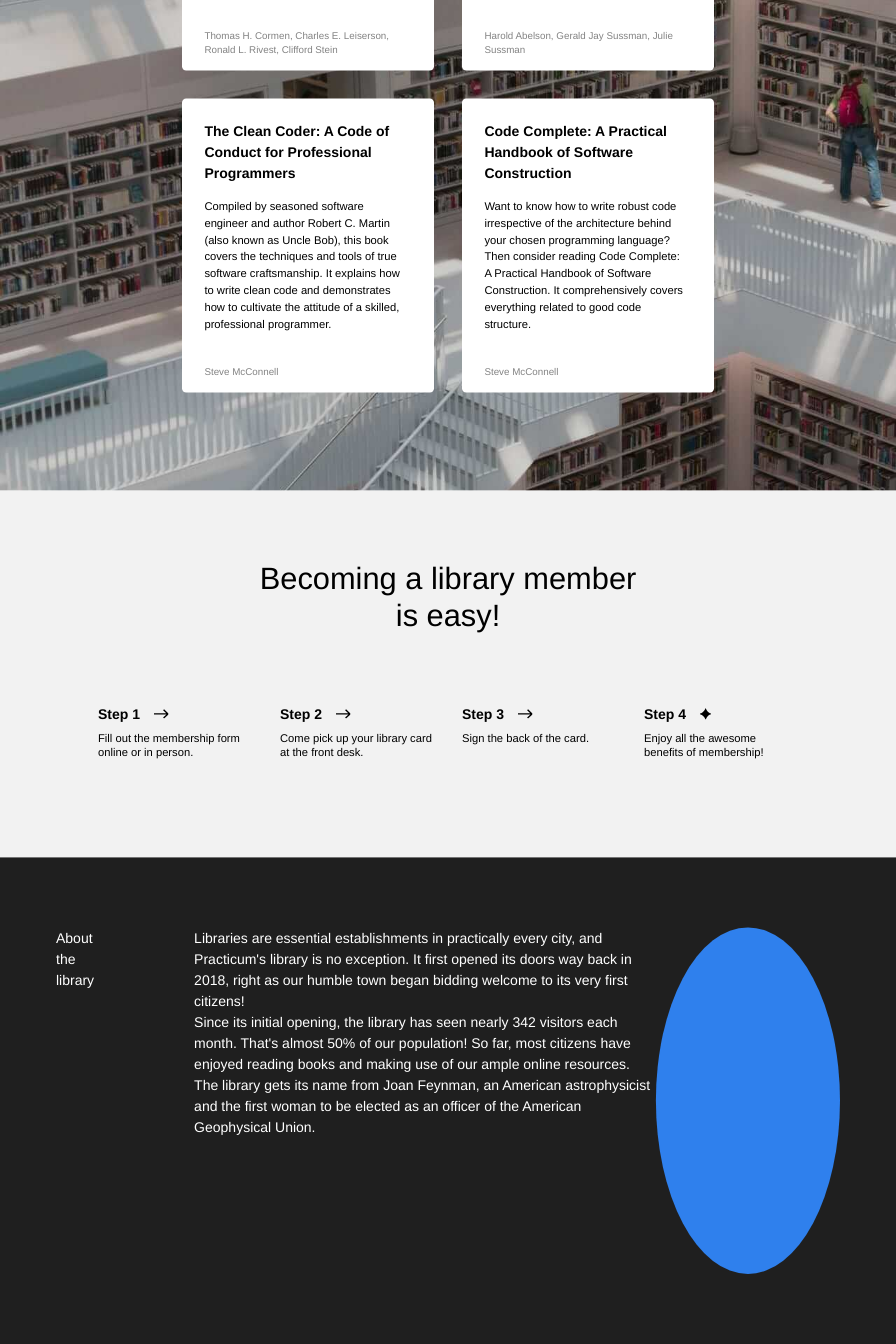
Repository: MWilliams-26/se_project_library
Page: index.html
The author's editor kept a copy of each file at every save. The page is drawn from the files as they stood at one save, then again after the next save.
The browser window is 1280 px wide. The pictures show the part of the page from y = 2137 to 4057 px (the page is 4057 px tall), at 70% of full size.

Above is the page before, as saved 2023-04-04 00:37:58.

After the next save:
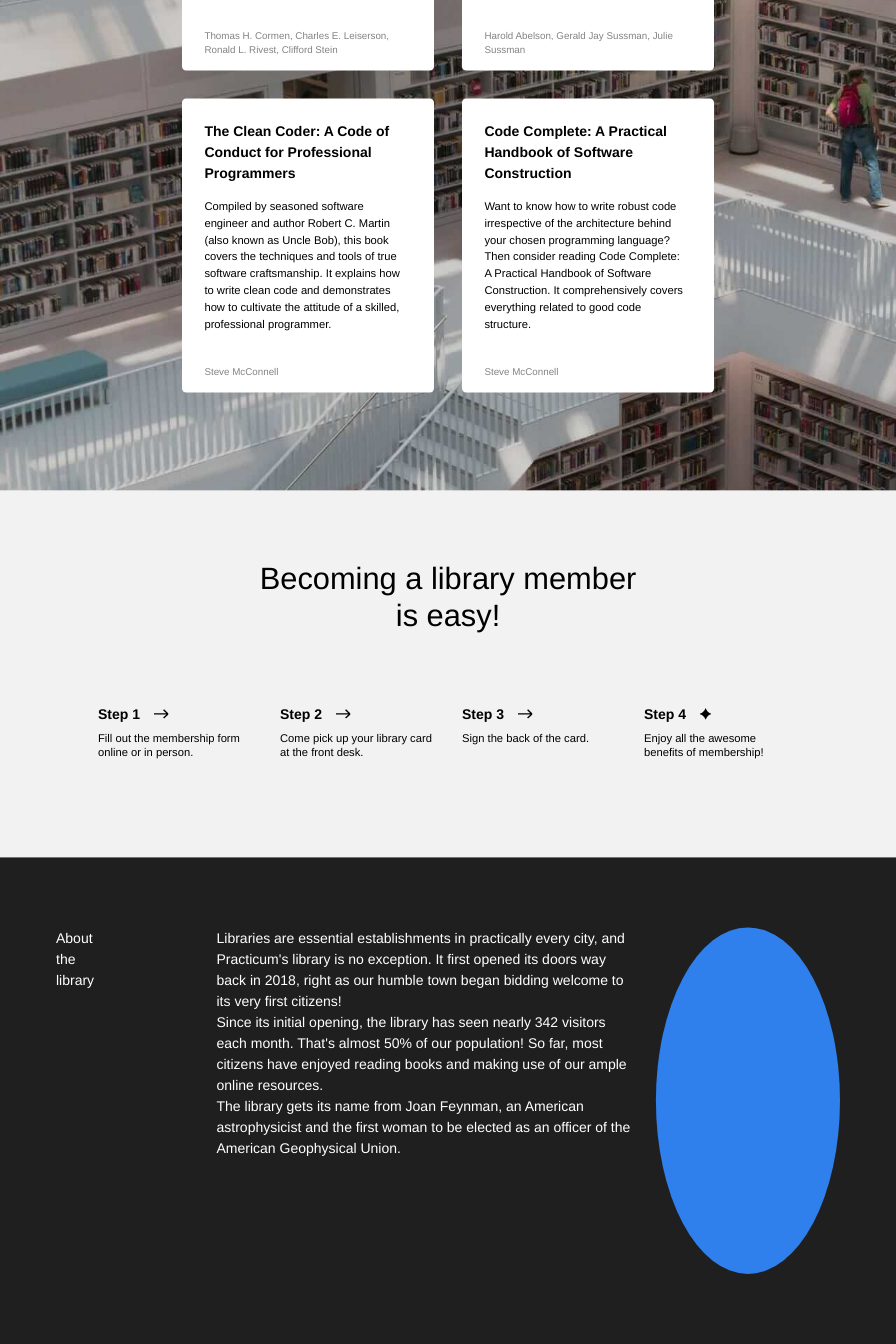
Saved 34 s later.
--- a/styles/style.css
+++ b/styles/style.css
@@ -378,7 +378,7 @@
 }
 
 .about__paragraph {
-  margin: 0;
+  margin: 0 32px;
 }
 
 .about__circle {
